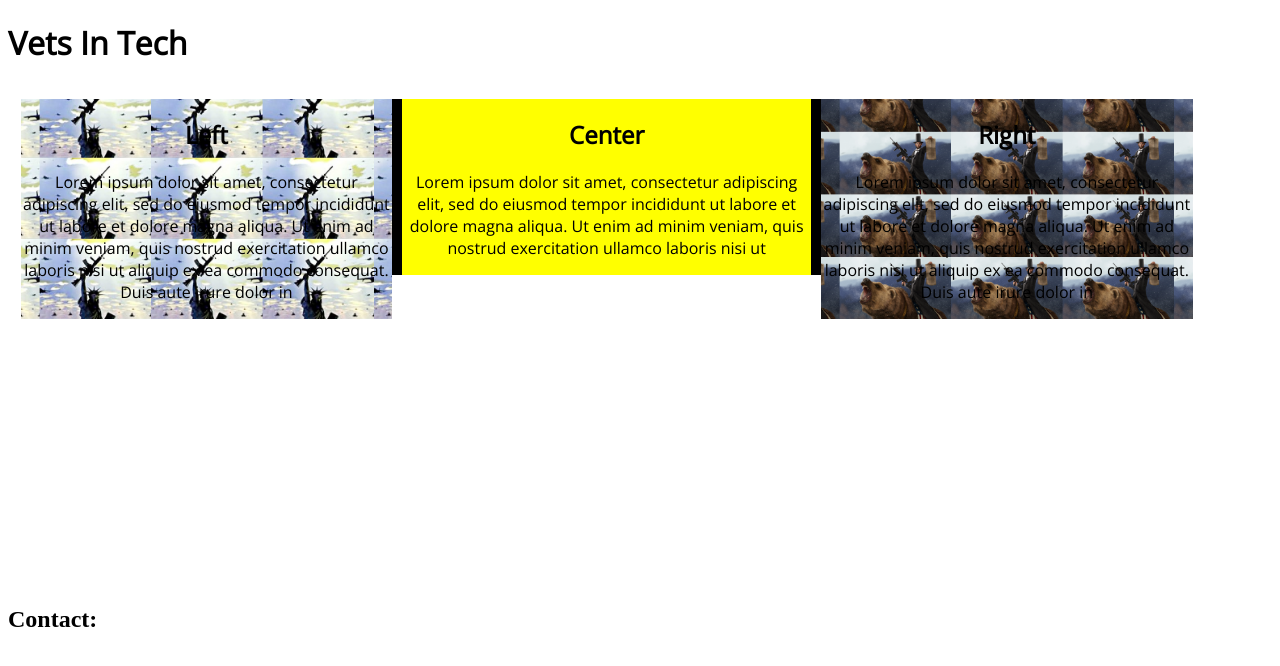
Repository: 3EyEdRav3n/10-2020-cohort-course
Page: week-1/Week-1 Assignment/index.html
An editor plug-in stored every save of this project. The page is shown before and after the next save, followed by the edit.
The browser window is 1280 px wide. The pictures show the whole page.

Above is the page before, as saved 2020-11-01 21:28:19.

After the next save:
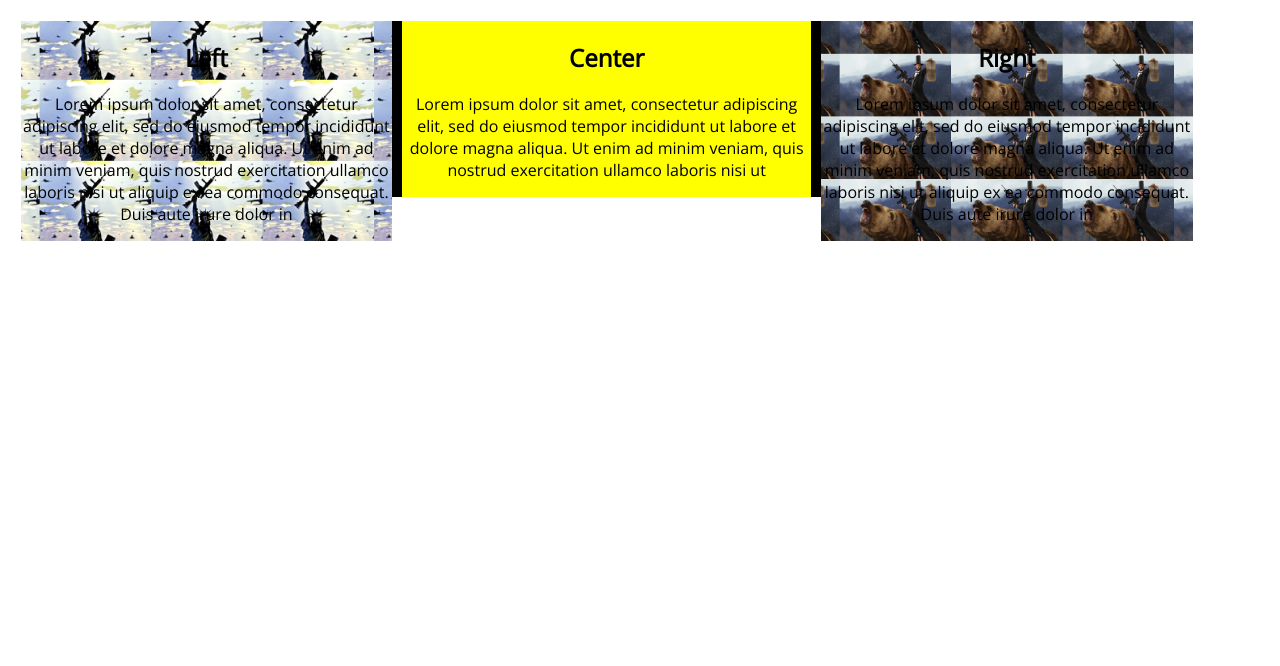
Saved 16 s later.
--- a/week-1/Week-1 Assignment/index.html
+++ b/week-1/Week-1 Assignment/index.html
@@ -16,9 +16,6 @@
     <title>VetTech</title>
   </head>
   <body>
-    <div class="header">
-      <h1>Vets In Tech</h1>
-    </div>
     <div class="container">
       <div class="left-col">
         <h2>Left</h2>
@@ -48,8 +45,5 @@
         </p>
       </div>
     </div>
-    <div class="footer">
-      <h2>Contact:</h2>
-    </div>
   </body>
 </html>
